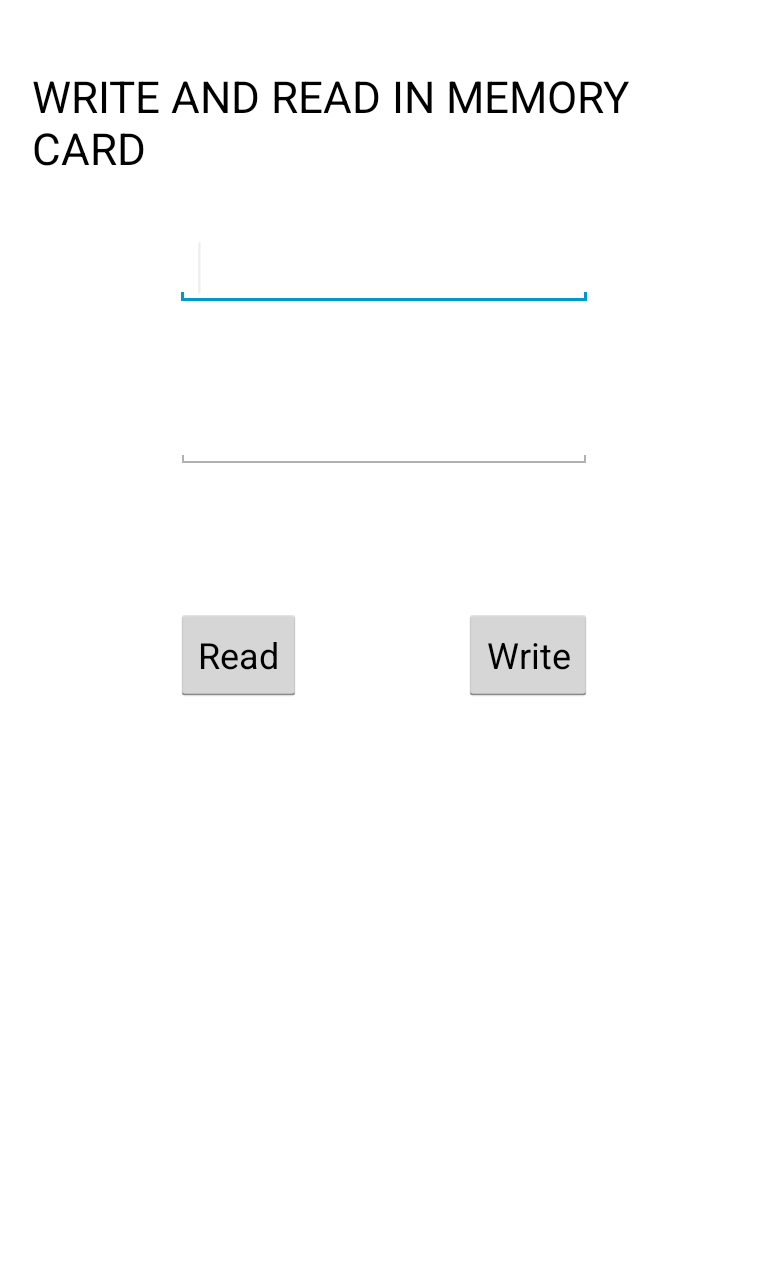
Repository: amittttt/Android-HP
Layout: ReadandWrite/res/layout/activity_main.xml
The author's editor kept a copy of each file at every save. The layout is drawn from the files as they stood at one save, then again after the next save.
It is drawn on a 768 x 1280 px phone screen (xhdpi) without system bars, with theme AppTheme; the app's code is not run.

Above is the layout before, as saved 2016-05-11 04:09:48.

### ReadandWrite/res/layout/activity_main.xml
<RelativeLayout xmlns:android="http://schemas.android.com/apk/res/android"
    xmlns:tools="http://schemas.android.com/tools"
    android:layout_width="match_parent"
    android:layout_height="match_parent"
    android:paddingBottom="@dimen/activity_vertical_margin"
    android:paddingLeft="@dimen/activity_horizontal_margin"
    android:paddingRight="@dimen/activity_horizontal_margin"
    android:paddingTop="@dimen/activity_vertical_margin"
    tools:context=".MainActivity" >

    <TextView
        android:id="@+id/textView1"
        android:layout_width="wrap_content"
        android:layout_height="wrap_content"
        android:layout_alignParentLeft="true"
        android:layout_alignParentTop="true"
        android:layout_marginTop="17dp"
        android:text="WRITE AND READ IN MEMORY CARD"
        android:textAppearance="?android:attr/textAppearanceLarge" />

    <EditText
        android:id="@+id/editText1"
        android:layout_width="wrap_content"
        android:layout_height="wrap_content"
        android:layout_below="@+id/textView1"
        android:layout_centerHorizontal="true"
        android:layout_marginTop="26dp"
        android:ems="10" >

        <requestFocus />
    </EditText>

    <EditText
        android:id="@+id/editText2"
        android:layout_width="wrap_content"
        android:layout_height="wrap_content"
        android:layout_below="@+id/editText1"
        android:layout_centerHorizontal="true"
        android:layout_marginTop="42dp"
        android:ems="10" />

    <Button
        android:id="@+id/button1"
        android:layout_width="wrap_content"
        android:layout_height="wrap_content"
        android:layout_alignLeft="@+id/editText2"
        android:layout_below="@+id/editText2"
        android:layout_marginTop="68dp"
        android:text="Read" />

    <Button
        android:id="@+id/button2"
        android:layout_width="wrap_content"
        android:layout_height="wrap_content"
        android:layout_alignBaseline="@+id/button1"
        android:layout_alignBottom="@+id/button1"
        android:layout_alignRight="@+id/editText2"
        android:text="Write" />

</RelativeLayout>

Loaded but not shown: ReadandWrite/res/values/styles.xml (common file); ReadandWrite/res/values-v11/styles.xml (common file); ReadandWrite/res/values-v14/styles.xml (common file); ReadandWrite/res/values/dimens.xml (common file)

After the next save:
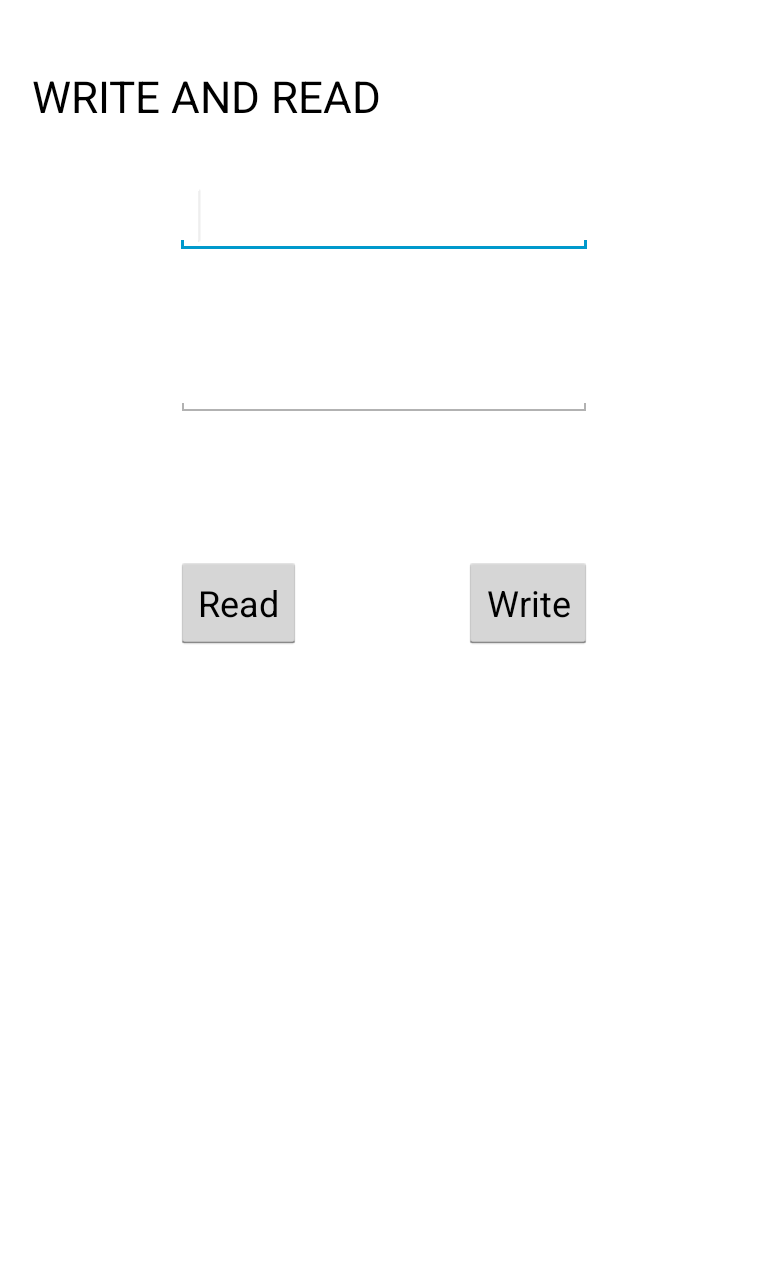
Saved 21 s later.
--- a/ReadandWrite/res/layout/activity_main.xml
+++ b/ReadandWrite/res/layout/activity_main.xml
@@ -15,7 +15,7 @@
         android:layout_alignParentLeft="true"
         android:layout_alignParentTop="true"
         android:layout_marginTop="17dp"
-        android:text="WRITE AND READ IN MEMORY CARD"
+        android:text="WRITE AND READ "
         android:textAppearance="?android:attr/textAppearanceLarge" />
 
     <EditText
